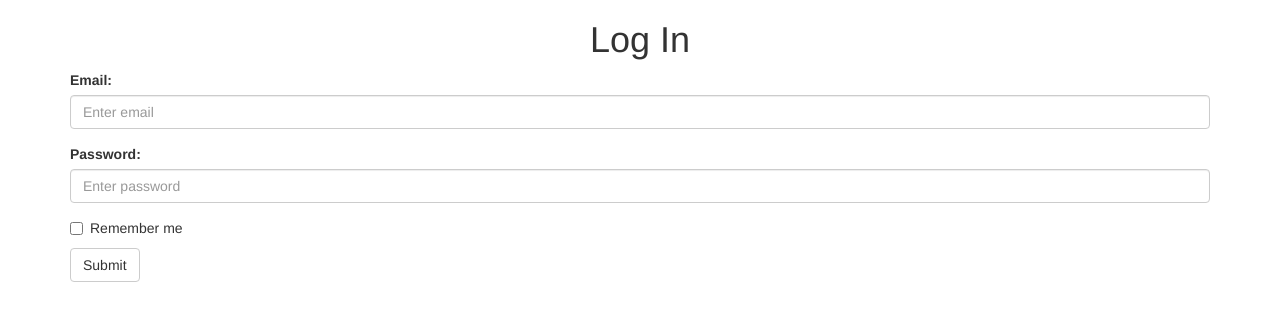
Repository: ManaliSant/Project-2-
Page: InteractionFrontEnd/WebContent/web/c_user/LogIn.html
These files come from the project's save history. The page is drawn as it stood at one moment and after the next save; the edit follows.
The browser window is 1280 px wide. The pictures show the whole page.

Above is the page before, as saved 2018-12-12 11:42:32.

After the next save:
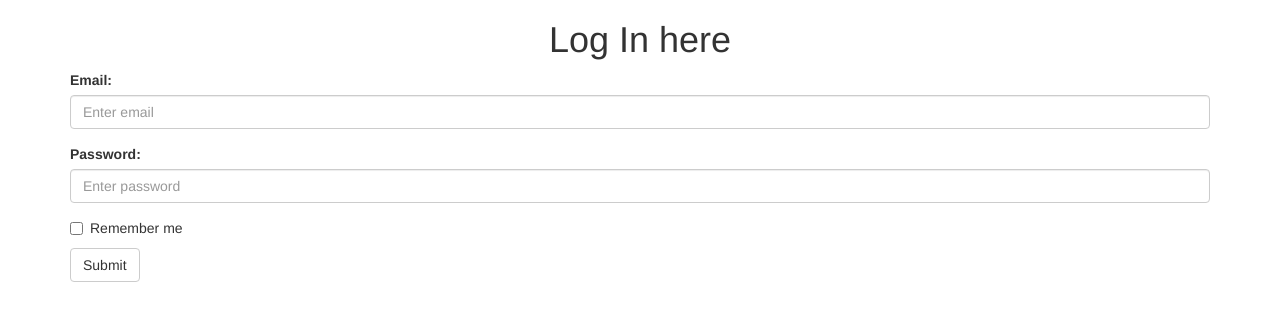
Saved 23 h 10 min later.
--- a/InteractionFrontEnd/WebContent/web/c_user/LogIn.html
+++ b/InteractionFrontEnd/WebContent/web/c_user/LogIn.html
@@ -13,7 +13,7 @@
 <div class="container" ng-controller="UserController">
   <h1>
 		<center>
-			Log In
+			Log In here
 		</center>
 	</h1>
 
